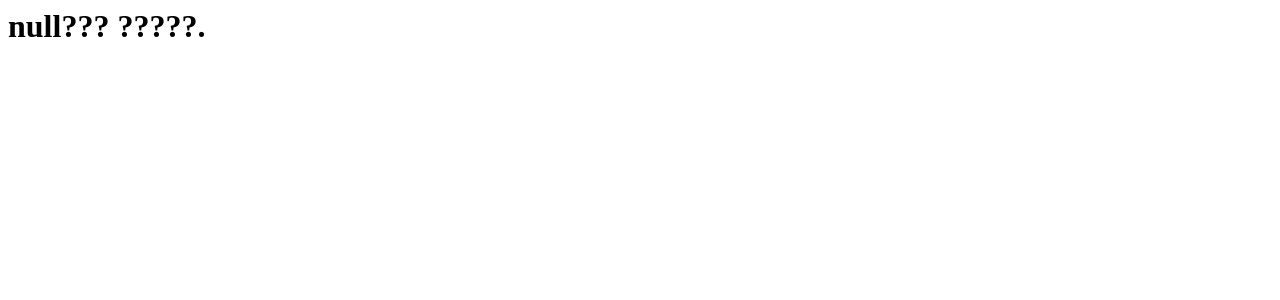
Repository: kwan9069/Starters_Webserver
Page: http://localhost/servlettest/forward1
The author's editor kept a copy of each file at every save. The page is drawn from the files as they stood at one save, then again after the next save.
The browser window is 1280 px wide. The pictures show the whole page.
The page is served by Tomcat 9.

Above is the page before, as saved 2023-01-05 01:45:18.

After the next save:
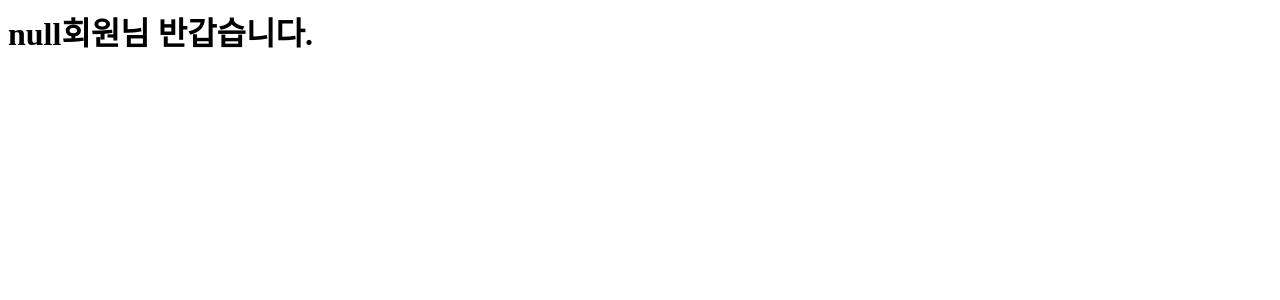
Saved 53 s later.
--- a/servlettest/src/main/java/forward/ForwardTest1.java
+++ b/servlettest/src/main/java/forward/ForwardTest1.java
@@ -19,7 +19,7 @@ public class ForwardTest1 extends HttpServlet {
 			throws ServletException, IOException {
 
 	String id=request.getParameter("id");
-	response.setContentType("text/html;character=utf-8");
+	response.setContentType("text/html;charset=utf-8");
 	PrintWriter out=response.getWriter();
 	out.print("<h1>"+id+ "회원님 반갑습니다.</h1>");
 	}
